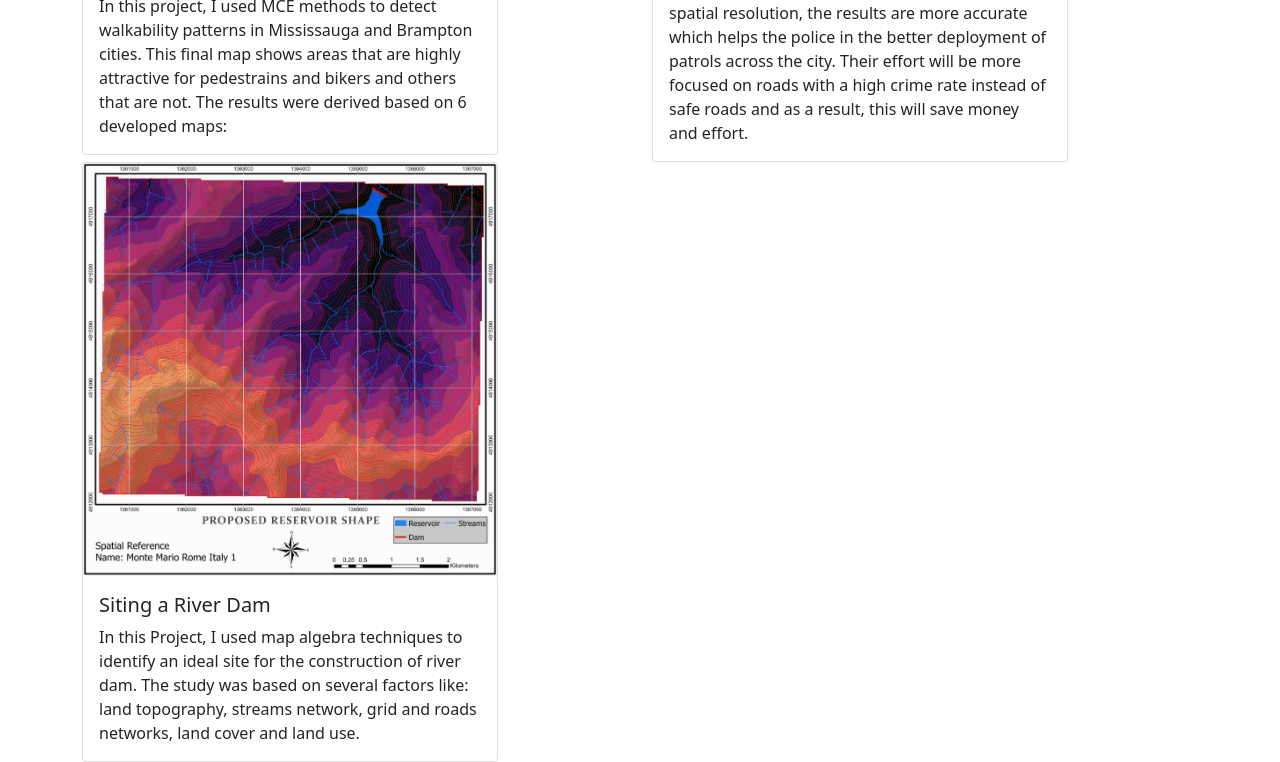
Repository: Mostafa-Asaad/Portfolio-Authentication
Page: http://localhost/projects
These files come from the project's save history. The page is drawn as it stood at one moment and after the next save; the edit follows.
The browser window is 1280 px wide. The pictures show the part of the page from y = 802 to 1628 px (the page is 1564 px tall before and 1628 px after).
The page is served by the project's Node server (index.js).

Above is the page before, as saved 2021-06-18 04:33:18.

After the next save:
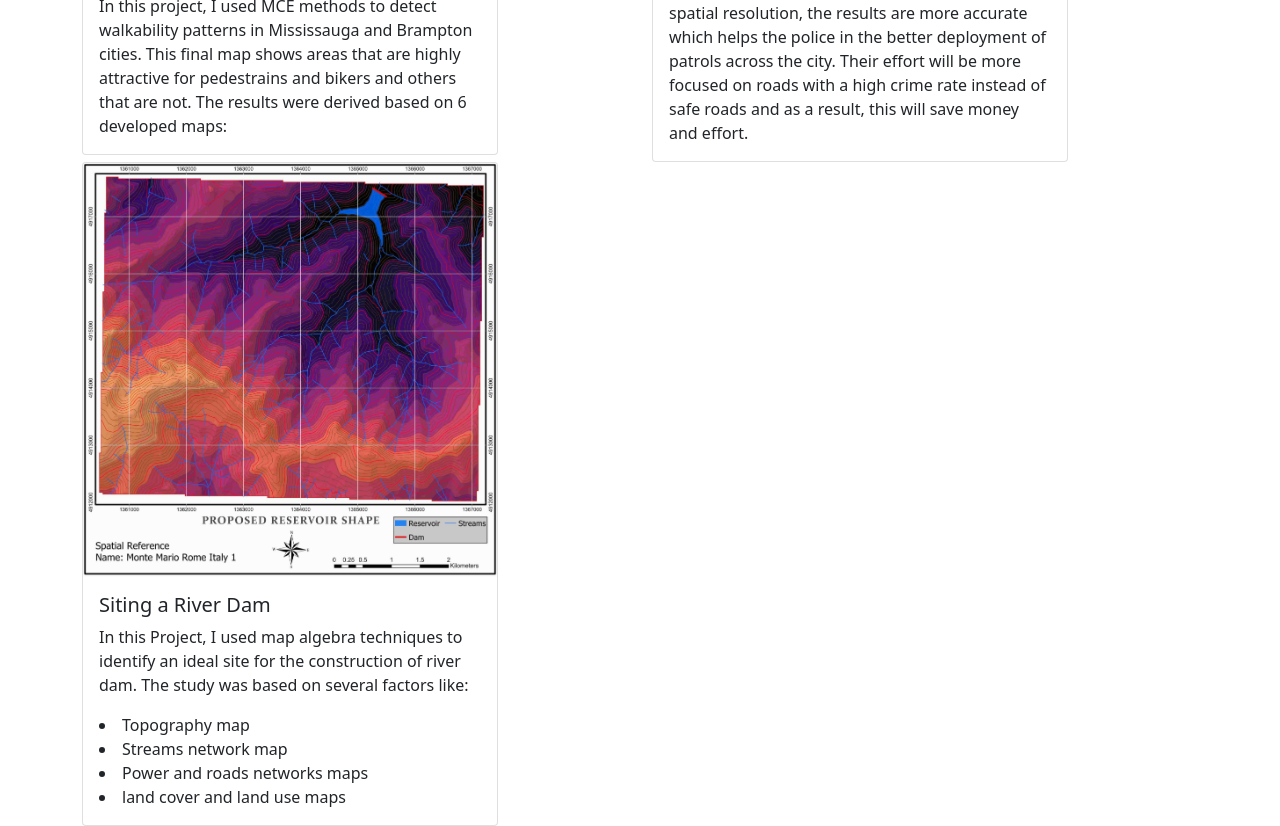
Saved 2 min 27 s later.
--- a/Server/Views/content/projects.ejs
+++ b/Server/Views/content/projects.ejs
@@ -56,7 +56,12 @@
                                 <div class="card-body">
                                     <h5 class="card-title">Siting a River Dam</h5>
                                     <p class="card-text">In this Project, I used map algebra techniques to identify an ideal site for the construction of river dam.
-                                    The study was based on several factors like: land topography, streams network, grid and roads networks, land cover and land use.</p>
+                                    The study was based on several factors like:</p>
+                                    <li>Topography map</li>
+                                    <li>Streams network map</li>
+                                    <li>Power and roads networks maps</li>
+                                    <li>land cover and land use maps</li>
+
                                 </div>
                             </div>
                      </div>
